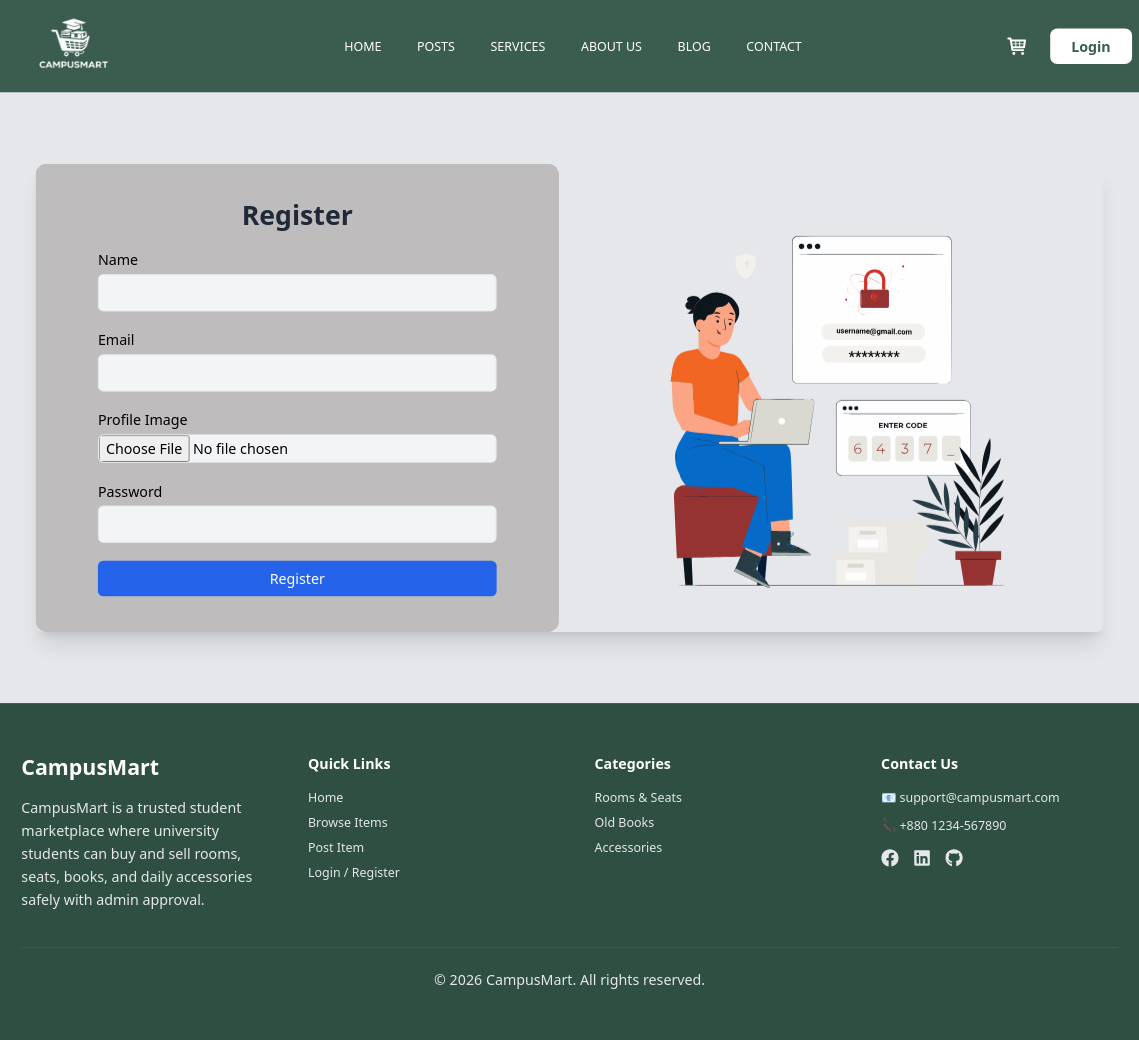
Repository: jahidhasanri/CAMPUSMART
Page: /register
An editor plug-in stored every save of this project. The page is shown before and after the next save, followed by the edit.
The browser window is 1280 px wide. The pictures show the whole page, at 89% of full size.
The project was rebuilt for these pictures with package versions that can differ from the ones it lists, and the page was loaded fresh each time. Also part of the build but not shown: vite.config.js, src/components/Banner.jsx, src/Pages/Home.jsx, src/Pages/Login.jsx.

Above is the page before, as saved 2026-01-13 23:39:21.

After the next save:
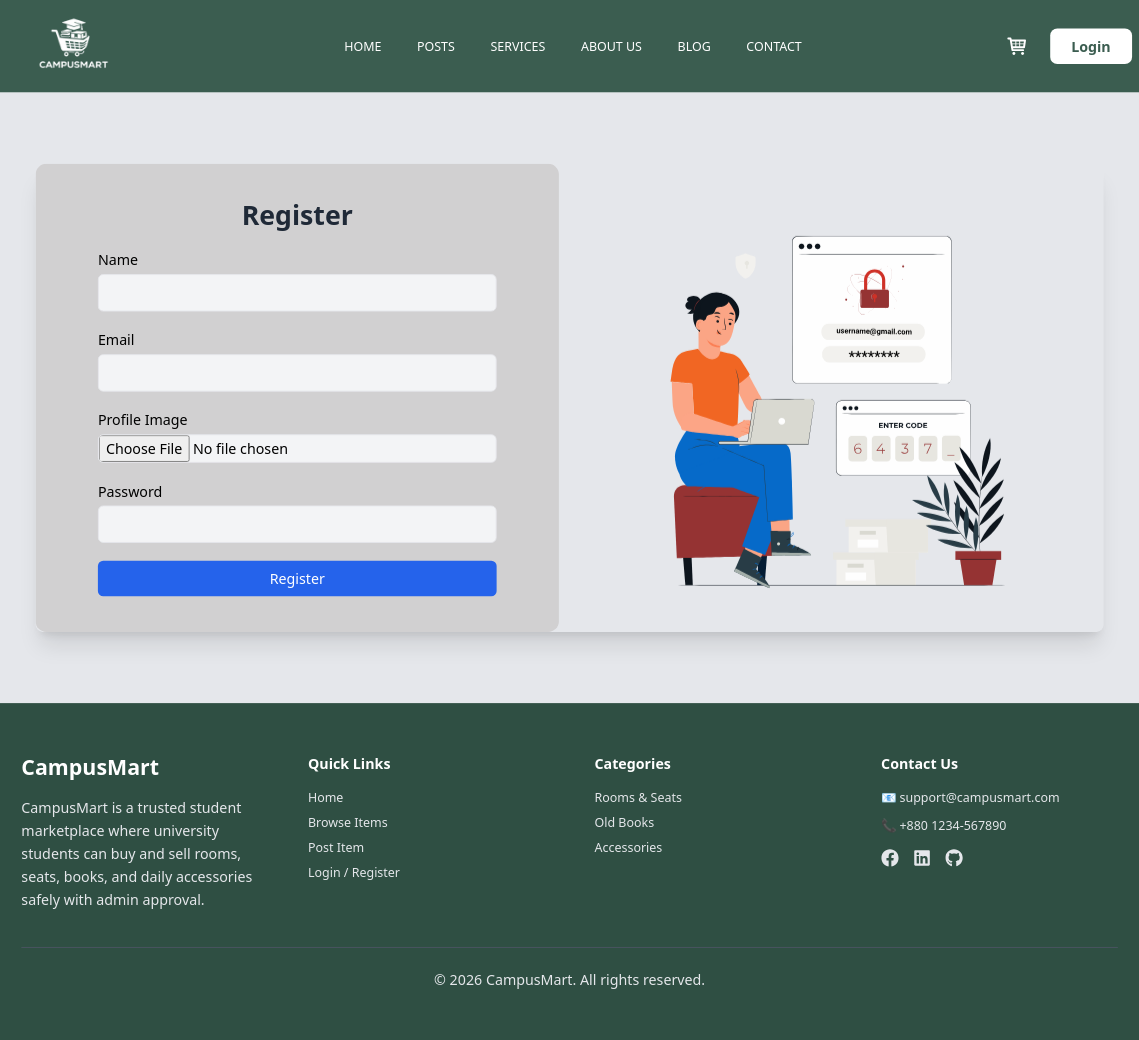
Saved 12 s later.
--- a/src/Pages/Register.jsx
+++ b/src/Pages/Register.jsx
@@ -87,7 +87,7 @@ const Register = () => {
      <div className="w-full max-w-[1200px] h-auto grid grid-cols-1 sm:grid-cols-1 md:grid-cols-2 lg:grid-cols-2 xl:grid-cols-2 gap-6 items-center bg-cover bg-center rounded-lg overflow-hidden shadow-xl">
 
        {/* Form Section */}
-       <div className="h-full rounded-xl flex items-center justify-center bg-[#aca8a8ac] p-6 md:p-10">
+       <div className="h-full rounded-xl flex items-center justify-center bg-[#c9c5c5ac] p-6 md:p-10">
          <form  className="w-full max-w-md space-y-5">
            <h2 className="text-3xl font-bold mb-4 text-center text-gray-800">Register</h2>
 
